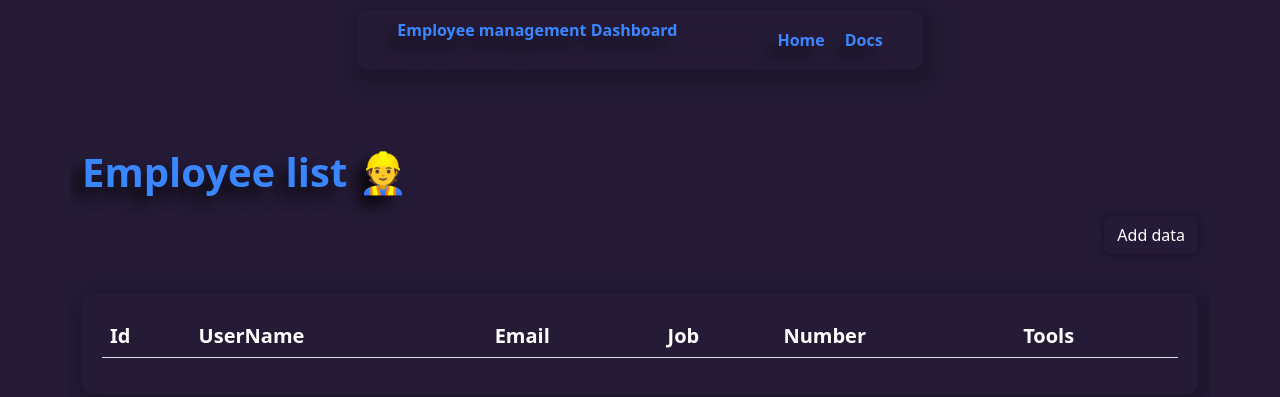
Repository: iamevs/Employee-Management-System
Page: /home (app in client/)
An editor plug-in stored every save of this project. The page is shown before and after the next save, followed by the edit.
The browser window is 1280 px wide. The pictures show the whole page.
The page's requests for data from a server got no answer. The project was rebuilt for these pictures with package versions that can differ from the ones it lists, and the page was loaded fresh each time. No one was signed in, and anything a server would have sent is missing. Also part of the build but not shown: client/vite.config.js, client/src/components/Register.jsx, client/src/components/Edit.jsx, client/src/components/Hero.jsx. Imported but missing from the stored project, and not drawn on this page: client/src/components/Details.

Above is the page before, as saved 2022-11-29 00:28:32.

### client/index.html
<html lang="en">
  <head>
    <meta charset="UTF-8" />
    <link rel="icon" type="image/svg+xml" href="/vite.svg" />
    <meta name="viewport" content="width=device-width, initial-scale=1.0" />
    <title>employee-management</title>
  </head>
  <body>
    <div id="root"></div>
    <script type="module" src="/src/main.jsx"></script>
  </body>
</html>

### client/src/main.jsx
import React, { StrictMode } from 'react';
import ReactDOM from 'react-dom';
import { createRoot } from "react-dom/client";
import './index.css';
import App from './App';
import { BrowserRouter } from "react-router-dom"
import ContextProvider from "./components/context/ContextProvider";
// root.render(
//   <StrictMode>
//   <ContextProvider>
//     <BrowserRouter>
//       <App />
//     </BrowserRouter>
//   </ContextProvider>
//   </StrictMode>
//   ,
//   document.getElementById('root')
// );


createRoot(document.getElementById('root')).render(
  <ContextProvider>
    <BrowserRouter>
      <App />
    </BrowserRouter>
  </ContextProvider>
)

### client/src/index.css
body {
  margin: 0;
  font-family: -apple-system, BlinkMacSystemFont, 'Segoe UI', 'Roboto', 'Oxygen',
    'Ubuntu', 'Cantarell', 'Fira Sans', 'Droid Sans', 'Helvetica Neue',
    sans-serif;
  -webkit-font-smoothing: antialiased;
  -moz-osx-font-smoothing: grayscale;
  background-color: #251B37 !important;
  color: #fff !important;
}

code {
  font-family: source-code-pro, Menlo, Monaco, Consolas, 'Courier New',
    monospace;
}

.btns{
  display: flex;
  justify-content: space-between;
}

.btns > .tool, .tool{
  /* border: 1px solid #fff; */
  backdrop-filter: blur(10px);
  box-shadow: 0px 0px 9px 1px rgb(0 0 0 / 35%);
}

### client/src/App.jsx
import './App.css';
import "../node_modules/bootstrap/dist/css/bootstrap.min.css"
import "../node_modules/bootstrap/dist/js/bootstrap.bundle.min.js"
import Navbar from './components/Navbar';
import Home from './components/Home';
import Register from './components/Register';
import Edit from './components/Edit';
import Details from './components/Details';
import Hero from "./components/Hero.jsx";
import {Routes,Route} from "react-router-dom"




function App() {
  return (
   <>
    <Navbar />
    <Routes>
      <Route path="/" element={<Hero/>} />
      <Route  path="/home" element={<Home/>} />
      <Route exact path="/register" element={<Register/>} />
      <Route exact path="/edit/:id" element={<Edit/>} />
      <Route exact path="/view/:id" element={<Details/>} />
    </Routes>

   </>
  );
}

export default App;

### client/src/components/context/ContextProvider.jsx
import React, { createContext, useState } from 'react'


export const adddata = createContext("");
export const updatedata = createContext("");
export const deldata = createContext("");

const ContextProvider = ({ children }) => {

    const [udata, setUdata] = useState("");
    const [updata, setUPdata] = useState("");
    const [dltdata, setDLTdata] = useState("");


    return (
        <adddata.Provider value={{ udata, setUdata }}>
            <updatedata.Provider value={{ updata, setUPdata }}>
                <deldata.Provider value={{dltdata, setDLTdata}}>
                    {children}
                </deldata.Provider>

            </updatedata.Provider>

        </adddata.Provider>
    )
}

export default ContextProvider;

### client/src/App.css
.add_btn{
  text-align: right;
}

.container{
  overflow: auto;
}

.left_view h3{
  font-size: 21px;
}

.left_view p{
  font-weight: 600;
}

.left_view span{
  font-weight: 400;
}

.right_view p{
  font-weight: 600;
}


.right_view span{
  font-weight: 400;
}

### client/src/components/Navbar.jsx
import React from 'react'
import { NavLink } from 'react-router-dom'
import { Box, Stack } from "@mui/material";


const Navbar = () => {
    return (
        <Stack justifyContent={"center"} direction={"row"} marginTop={"10px"}>
            <Box justifyContent={"space-between"} className="navbar navbar-expand-lg text-white" sx={{
                backgroundColor: "transparent",
                backdropFilter: "blur(10px) !important",
                position: "relative",
                color: "white",
                boxShadow: "4px 7px 20px 11px rgb(0 0 0 / 20%)",
                height: "60px",
                padding: "0 40px 0 40px",
                width: "auto",
                borderRadius: "10px"
            }}>
                <Box sx={{
                    fontSize: "1rem",
                        color: "#3a86ff",
                        fontWeight: "600",
                        marginBottom: "20px",
                        textShadow: "-10px 10px 15px rgba(0, 0, 0, 0.8)",
                    marginRight: "100px"
                }}>Employee management Dashboard</Box>
                <Box direction={"row"}>
                    <a href="/home" style={{
                        fontSize: "1rem",
                        color: "#3a86ff",
                        fontWeight: "600",
                        marginBottom: "20px",
                        textShadow: "-10px 10px 15px rgba(0, 0, 0, 0.8)",
                        textDecoration: "none",
                    }}>Home</a>
                    <a href="/" style={{
                        fontSize: "1rem",
                        color: "#3a86ff",
                        fontWeight: "600",
                        marginBottom: "20px",
                        textShadow: "-10px 10px 15px rgba(0, 0, 0, 0.8)",
                        textDecoration: "none",
                        marginLeft: "20px"
                    }}>Docs</a>

                </Box>
            </Box>
        </Stack>
    )
}

export default Navbar

### client/src/components/Home.jsx
import React, { useState, useEffect, useContext } from 'react'
import ReadMoreRoundedIcon from '@mui/icons-material/ReadMoreRounded';
import NoteAltOutlinedIcon from '@mui/icons-material/NoteAltOutlined';
import DeleteOutlineIcon from '@mui/icons-material/DeleteOutline';
import { NavLink } from 'react-router-dom';
import { adddata, deldata } from './context/ContextProvider';
import { updatedata } from './context/ContextProvider'
import ReactTooltip from 'react-tooltip';

var getuserlink = "http://localhost:8001/getusers";


const Home = () => {

    const [getuserdata, setUserdata] = useState([]);

    console.log(getuserdata);

    const { udata, setUdata } = useContext(adddata);

    const { updata, setUPdata } = useContext(updatedata);

    const { dltdata, setDLTdata } = useContext(deldata);

    const getdata = async () => {

        const res = await fetch(getuserlink, {
            method: "GET",
            headers: {
                "Content-Type": "application/json"
            }
        });

        const data = await res.json();
        console.log(data);

        if (res.status === 422 || !data) {
            console.log("error ");

        } else {
            setUserdata(data)
            console.log("get data");

        }
    }

    useEffect(() => {
        getdata();
    }, [])

    const deleteuser = async (id) => {

        const res2 = await fetch(`/deleteuser/${id}`, {
            method: "DELETE",
            headers: {
                "Content-Type": "application/json"
            }
        });

        const deletedata = await res2.json();
        console.log(deletedata);

        if (res2.status === 422 || !deletedata) {
            console.log("error");
        } else {
            console.log("user deleted");
            setDLTdata(deletedata)
            getdata();
        }

    }


    return (

        <>
            {
                udata ?
                    <>
                        <div className="alert alert-success alert-dismissible fade show" role="alert">
                            <strong>{udata.name}</strong>  added succesfully!
                            <button type="button" className="btn-close" data-bs-dismiss="alert" aria-label="Close"></button>
                        </div>
                    </> : ""
            }
            {
                updata ?
                    <>
                        <div className="alert alert-success alert-dismissible fade show" role="alert">
                            <strong>{updata.name}</strong>  updated succesfully!
                            <button type="button" className="btn-close" data-bs-dismiss="alert" aria-label="Close"></button>
                        </div>
                    </> : ""
            }

            {
                dltdata ?
                    <>
                        <div className="alert alert-danger alert-dismissible fade show" role="alert">
                            <strong>{dltdata.name}</strong>  deleted succesfully!
                            <button type="button" className="btn-close" data-bs-dismiss="alert" aria-label="Close"></button>
                        </div>
                    </> : ""
            }


            <div className="mt-5">
                <div className="container">

                    <h2 style={{
                        marginTop: "30px",
                        fontSize: "2.5rem",
                        color: "#3a86ff",
                        fontWeight: "600",
                        marginBottom: "20px",
                        textShadow: "-10px 10px 15px rgba(0, 0, 0, 0.8)"
                    }}>Employee list <span style={{ fontSize: "40px" }}>👷</span> </h2>
                    <div className="add_btn mt-2 mb-2">
                        <NavLink to="/register" className="btn text-white tool">Add data</NavLink>
                    </div>

                    <div className='table-responsive' style={{
                        backgroundColor: "transparent",
                        backdropFilter: "blur(10px) !important",
                        // position: "relative",
                        color: "white",
                        boxShadow: "4px 7px 20px 11px rgb(0 0 0 / 20%)",
                        borderRadius: "10px",
                        padding: "20px",
                        height: "auto",
                        margin: "40px 0 40px 0"
                    }}>
                        <table class="table">
                            <thead>
                                <tr className="table text-white col-6" style={{
                                    fontSize: "20px",
                                }}>
                                    <th scope="col">Id</th>
                                    <th scope="col">UserName</th>
                                    <th scope="col">Email</th>
                                    <th scope="col">Job</th>
                                    <th scope="col">Number</th>
                                    <th scope="col">Tools</th>
                                </tr>
                            </thead>
                            <tbody>

                                {
                                    getuserdata.map((val, ind) => {
                                        return (
                                            <tr className='text-white'>
                                                <th scope="row">{ind + 1}</th>
                                                <td>{val.name}</td>
                                                <td>{val.email}</td>
                                                <td>{val.work}</td>
                                                <td>{val.mobile}</td>
                                                <td className='btns'>
                                                    <NavLink to={`/view/${val._id}`} className="btn text-white tool" data-tip="More Details"><ReadMoreRoundedIcon /></NavLink>
                                                    <NavLink to={`/update/${val._id}`} className="btn text-white tool" data-tip="Edit Details"><NoteAltOutlinedIcon /></NavLink>
                                                    <button onClick={() => deleteuser(val._id)} className="btn text-white tool" data-tip="Fire Employee"><DeleteOutlineIcon /></button>
                                                    <ReactTooltip />
                                                </td>
                                            </tr>
                                        )
                                    })
                                }
                            </tbody>
                        </table>
                    </div>
                </div>
            </div>
        </>
    )
}

export default Home

After the next save:
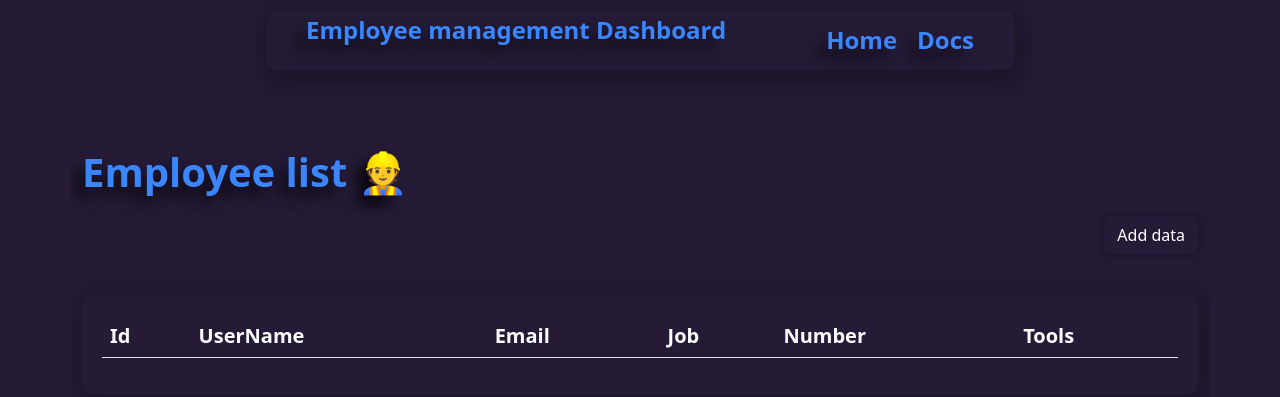
Saved 7 s later.
--- a/client/src/components/Navbar.jsx
+++ b/client/src/components/Navbar.jsx
@@ -18,7 +18,7 @@ const Navbar = () => {
                 borderRadius: "10px"
             }}>
                 <Box sx={{
-                    fontSize: "1rem",
+                    fontSize: "1.5rem",
                         color: "#3a86ff",
                         fontWeight: "600",
                         marginBottom: "20px",
@@ -27,7 +27,7 @@ const Navbar = () => {
                 }}>Employee management Dashboard</Box>
                 <Box direction={"row"}>
                     <a href="/home" style={{
-                        fontSize: "1rem",
+                        fontSize: "1.5rem",
                         color: "#3a86ff",
                         fontWeight: "600",
                         marginBottom: "20px",
@@ -35,7 +35,7 @@ const Navbar = () => {
                         textDecoration: "none",
                     }}>Home</a>
                     <a href="/" style={{
-                        fontSize: "1rem",
+                        fontSize: "1.5rem",
                         color: "#3a86ff",
                         fontWeight: "600",
                         marginBottom: "20px",
